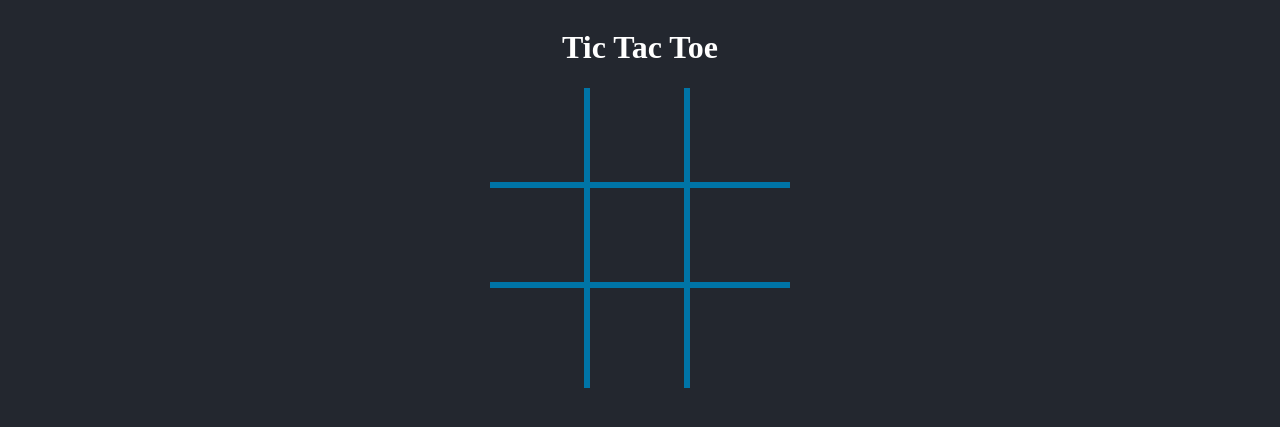
Repository: rts-cmk/tic-tac-toe-Malak-003
Page: /
An editor plug-in stored every save of this project. The page is shown before and after the next save, followed by the edit.
The browser window is 1280 px wide. The pictures show the whole page.
The project was rebuilt for these pictures with package versions that can differ from the ones it lists, and the page was loaded fresh each time. Also part of the build but not shown: vite.config.js, src/index.css.

Above is the page before, as saved 2025-11-04 11:12:18.

### index.html
<!doctype html>
<html lang="en">
  <head>
    <meta charset="UTF-8" />
    <link rel="icon" type="image/svg+xml" href="/vite.svg" />
    <meta name="viewport" content="width=device-width, initial-scale=1.0" />
    <title>tic-tac-toe-malak-003</title>
  </head>
  <body>
    <div id="root"></div>
    <script type="module" src="/src/main.jsx"></script>
  </body>
</html>

### src/App.jsx
import TicTacToe from "./components/TicTacToe"
import "./App.css"

function App(){
    return <TicTacToe/>

}

export default App

### src/components/TicTacToe.jsx
import { useState, useEffect } from "react"
import Board from "./Board"

const PLAYER_X = "X"
const PLAYER_O = "O"

const winningCombinations = [
    //Rows
    {combo: [0, 1, 2], strikeClass:"strike-row-1"},
    {combo: [3, 4, 5], strikeClass:"strike-row-2"},
    {combo: [6, 7, 8], strikeClass:"strike-row-3"},

    //colums
    {combo: [0, 3, 6], strikeClass:"strike-column-1"},
    {combo: [1, 4, 7], strikeClass:"strike-column-2"},
    {combo: [2, 5, 8], strikeClass:"strike-column-3"},

    //Diagonals
    {combo: [0, 4, 8], strikeClass:"strike-diagonal-1"},
    {combo: [2, 4, 6], strikeClass:"strike-diagonal-2"},
]

function checkWinner(tiles, setStrikeClass){
    // console.log("check winner")
    for(const {combo, StrikeClass} of winningCombinations ){
        const tileValue1 = tiles [combo[0]]
        const tileValue2 = tiles [combo[1]]
        const tileValue3 = tiles [combo[2]]

        if(
            tileValue1 !== null &&
            tileValue1 === tileValue2 &&
            tileValue1 === tileValue3
        ) {
            setStrikeClass(StrikeClass)
        }


    }
}

function TicTacToe(){
    const [tiles, setTiles] = useState(Array(9).fill(null))
    const [playerTurn, setPlayerTurn] = useState(PLAYER_X)
    const [strikeClass, setStrikeClass] = useState()

    const handleTileClick = (index) => {
        if (tiles[index] !== null){
            return
        }
        // console.log(index)
        const  newTiles = [...tiles]
        newTiles[index] = playerTurn
        setTiles(newTiles)
        if (playerTurn === PLAYER_X){
            setPlayerTurn(PLAYER_O)
        }else{
            setPlayerTurn(PLAYER_X)
        }

    }

    useEffect(() => {
        checkWinner(tiles, setStrikeClass)
    }, [tiles])

    return(
    <div>
        <h1>Tic Tac Toe</h1>
        <Board playerTurn={playerTurn}
         tiles={tiles} onTileClick={handleTileClick}
         strikeClass={strikeClass}
         />
    </div>
    )
}
    export default TicTacToe

### src/App.css
body {
  display: flex;
  flex-direction: column;
  align-items: center;
  background-color: #23272f;
  color: white;
}

h1 {
  text-align: center;
}

.board {
  display: grid;
  grid-template-columns: 100px 100px 100px;
  grid-template-rows: 100px 100px 100px;
  cursor: pointer;
  position: relative;
}

.tile {
  color: currentColor;
  font-size: 2em;
  display: flex;
  justify-content: center;
  align-items: center;
}

.right-border {
  border-right: 0.2em solid #0074a6;
}

.bottom-border {
  border-bottom: 0.2em solid #0074a6;
}

.x-hover:hover::after {
  content: "X";
  opacity: 0.4;
}

.o-hover:hover::after {
  content: "O";
  opacity: 0.4;
}

.strike {
  position: absolute;
  background-color: darkorange;
}

.strike-row-1 {
  width: 100%;
  height: 4px;
  top: 15%;
}
.strike-row-2 {
  width: 100%;
  height: 4px;
  top: 48%;
}
.strike-row-3 {
  width: 100%;
  height: 4px;
  top: 83%;
}
.strike-column-1 {
  height: 100%;
  width: 4px;
  left: 15%;
}
.strike-column-2 {
  height: 100%;
  width: 4px;
  left: 48%;
}
.strike-column-3 {
  height: 100%;
  width: 4px;
  left: 83%;
}
.strike-diagonal-1 {
  width: 90%;
  height: 4px;
  top: 50%;
  left: 5%;
  transform: skewY(45deg);
}
.strike-diagonal-2 {
  width: 90%;
  height: 4px;
  top: 50%;
  left: 5%;
  transform: skewY(-45deg);
}

.game-over {
  text-align: center;
  border: #5468ff 8px;
  border-style: dotted;
  padding: 10px;
  margin-top: 50px;
  font-size: 1.5em;
}

.reset-button {
  margin-top: 50px;
  padding: 20px;
  background-color: #0074a6;
  color: white;
  width: 100%;
  font-size: 1.5em;
}

### src/components/Board.jsx
import Strike from "./Strike"
import Tile from "./Tile"

function Board({ tiles, onTileClick, playerTurn, strikeClass}) {
    return <div className="board">
        <Tile playerTurn={playerTurn} onClick={() => onTileClick(0)} value={tiles[0]} className="right-border bottom-border" />
        <Tile playerTurn={playerTurn} onClick={() => onTileClick(1)} value={tiles[1]} className="right-border bottom-border" />
        <Tile playerTurn={playerTurn} onClick={() => onTileClick(2)} value={tiles[2]} className=" bottom-border" />
        <Tile playerTurn={playerTurn} onClick={() => onTileClick(3)} value={tiles[3]} className="right-border bottom-border" />
        <Tile playerTurn={playerTurn} onClick={() => onTileClick(4)} value={tiles[4]} className="right-border bottom-border" />
        <Tile playerTurn={playerTurn} onClick={() => onTileClick(5)} value={tiles[5]} className="bottom-border" />
        <Tile playerTurn={playerTurn} onClick={() => onTileClick(6)} value={tiles[6]} className="right-border " />
        <Tile playerTurn={playerTurn} onClick={() => onTileClick(7)} value={tiles[7]} className="right-border" />
        <Tile playerTurn={playerTurn} onClick={() => onTileClick(8)} value={tiles[8]} />
        <Strike strikeClass={strikeClass} />
    </div>
}

export default Board

### src/components/Strike.jsx

function Strike(){
    return <div></div>

}
    export default Strike

### src/components/Tile.jsx
function Tile({className, value, onClick, playerTurn}){
    let hoverClass = null
    if(value == null && playerTurn != null){
        hoverClass = `${playerTurn.toLowerCase()}-hover`
    }
    return <div onClick={onClick}  className={`tile ${className} ${hoverClass}`}>
        {value}</div>
}

export default Tile

Loaded but not shown: src/main.jsx (common file)

After the next save:
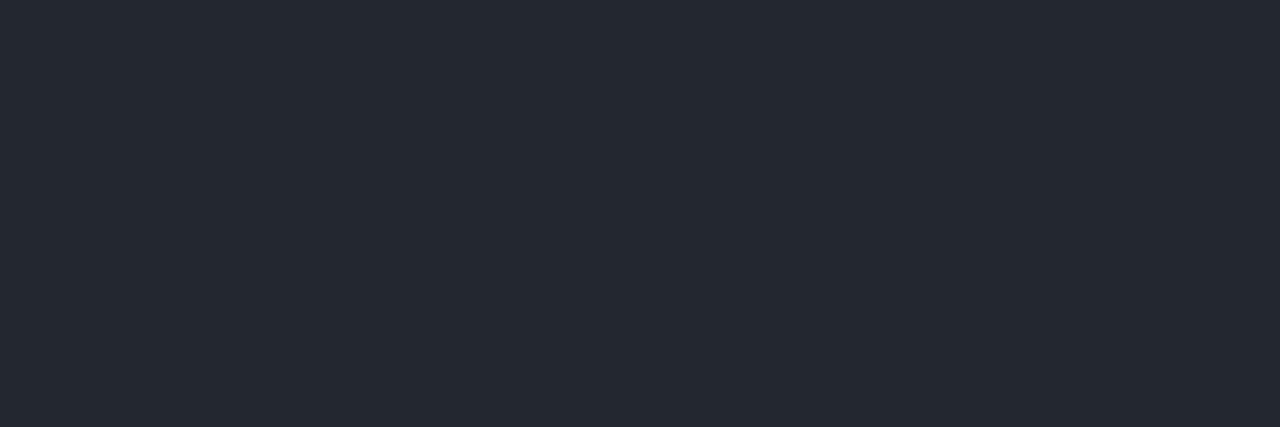
Console error: ReferenceError: strikeClass is not defined
Saved 3 s later.
--- a/src/components/Strike.jsx
+++ b/src/components/Strike.jsx
@@ -1,6 +1,6 @@
 
 function Strike(){
-    return <div></div>
+    return <div className={`strike ${strikeClass}`}></div>
 
 }
     export default Strike

After the save that followed:
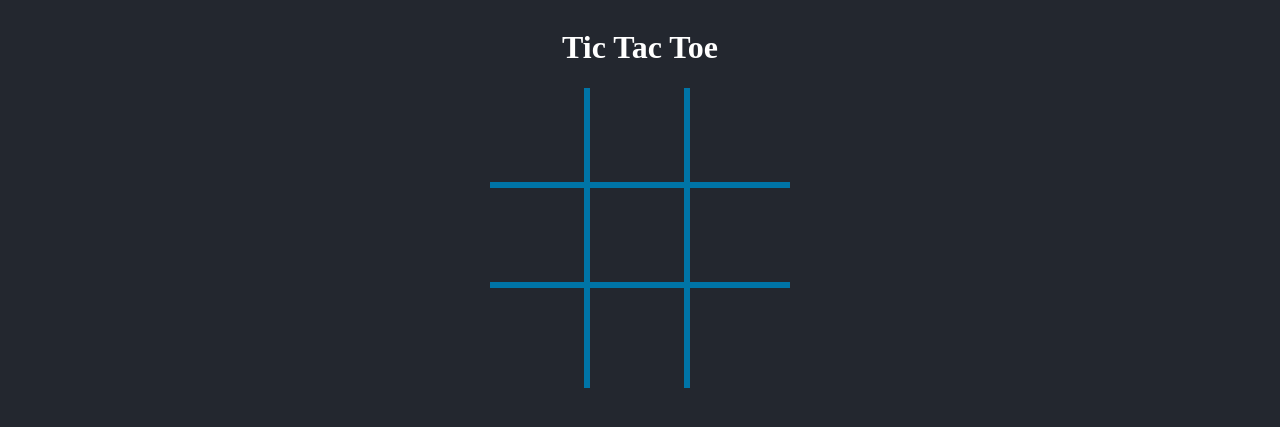
The error is gone.
Saved 2 min 22 s later.
--- a/src/components/Strike.jsx
+++ b/src/components/Strike.jsx
@@ -1,5 +1,5 @@
 
-function Strike(){
+function Strike({strikeClass}){
     return <div className={`strike ${strikeClass}`}></div>
 
 }
